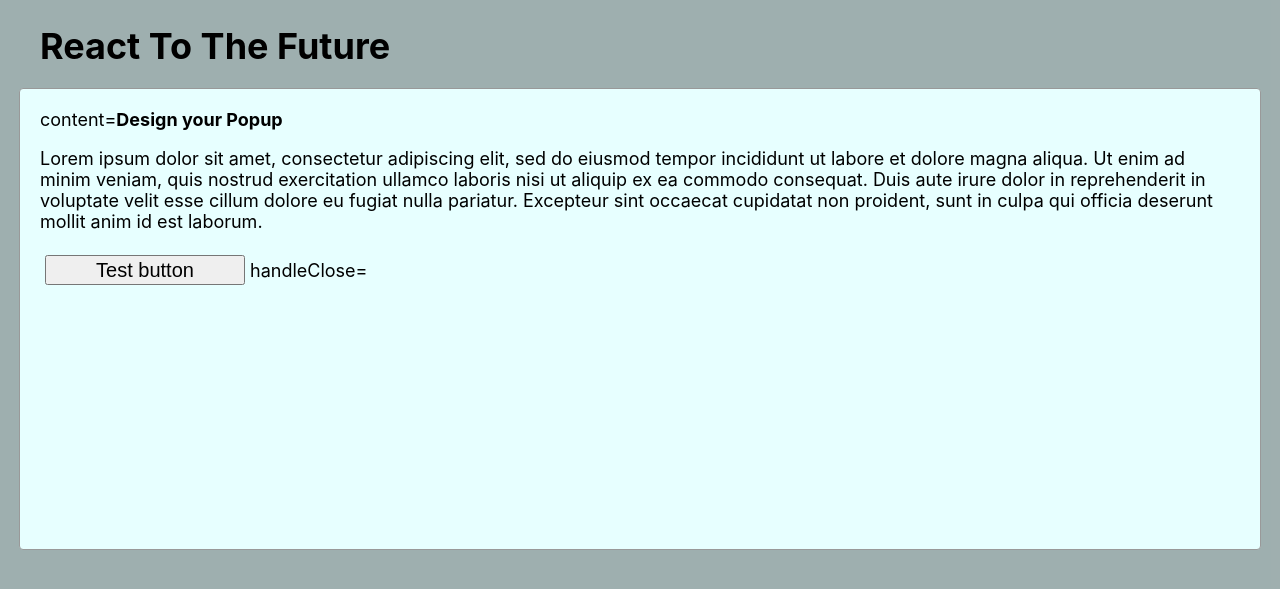
Repository: gotomarcelo/MERN
Page: / (app in cliente/), after clicking the first element matching `body > input`
The author's editor kept a copy of each file at every save. The page is drawn from the files as they stood at one save, then again after the next save.
The browser window is 1280 px wide. The pictures show the whole page.
The page's requests for data from a server got no answer. The project was rebuilt for these pictures with package versions that can differ from the ones it lists, and the page was loaded fresh each time. No one was signed in, and anything a server would have sent is missing.

Above is the page before, as saved 2022-01-03 16:52:29.

### cliente/src/App.js
import React, { useState, useEffect } from "react";
import Axios from "axios";
import "./App.css";
import Colapsavel from "./Colapsavel";
import "./Popup.css"

function App() {
  const [tituloSlide, setTitulo] = useState("");
  const [conteudoSlide, setConteudo] = useState("");

  const [newTituloSlide, setNewTituloSlide] = useState("");
  const [newConteudoSlide, setNewConteudoSlide] = useState("");

  const [slideList, setSlideList] = useState([]);

  const [isOpen, setIsOpen] = useState(false);

  const togglePopup = () => {
    setIsOpen(!isOpen);
  };

  useEffect(() => {
    Axios.get("http://localhost:3001/read").then((response) =>
      setSlideList(response.data)
    );
  }, []);

  const addToList = () => {
    Axios.post("http://localhost:3001/insert", {
      tituloSlide: tituloSlide,
      conteudoSlide: conteudoSlide,
    });
    window.location.reload();
  };

  const updateSlide = (id) => {
    Axios.put("http://localhost:3001/update", {
      id: id,
      newTituloSlide: newTituloSlide,
      newConteudoSlide: newConteudoSlide,
    });
    window.location.reload();
  };

  const deleteSlide = (id) => {
    Axios.delete(`http://localhost:3001/delete/${id}`);
    window.location.reload();
  };

  return (
    <>
      <body>
        <h1>React To The Future</h1>
        <Colapsavel label="Adicionar Slide">
          <form class="form">
            <h2>Adicionar Slide</h2>
            <p className="p" type="Título:">
              <input
                className="entrada"
                placeholder="Título do slide"
                type="text"
                onChange={(event) => {
                  setTitulo(event.target.value);
                }}
              />
            </p>

            <p className="p" type="Conteúdo:">
              <textarea
                cols="40"
                rows="5"
                className="entrada"
                placeholder="Conteúdo do slide"
                type="text"
                onChange={(event) => {
                  setConteudo(event.target.value);
                }}
              />
            </p>
            <button className="button" onClick={addToList}>
              Add To List
            </button>
          </form>
        </Colapsavel>
        <h1>SLIDES</h1>
        <input
          type="button"
          value="Click to Open Popup"
          onClick={togglePopup}
        />
        {isOpen && (
          <div className="popup-box">
          <div className="box">
          content={
            <>
              <b>Design your Popup</b>
              <p>
                Lorem ipsum dolor sit amet, consectetur adipiscing elit, sed
                do eiusmod tempor incididunt ut labore et dolore magna aliqua.
                Ut enim ad minim veniam, quis nostrud exercitation ullamco
                laboris nisi ut aliquip ex ea commodo consequat. Duis aute
                irure dolor in reprehenderit in voluptate velit esse cillum
                dolore eu fugiat nulla pariatur. Excepteur sint occaecat
                cupidatat non proident, sunt in culpa qui officia deserunt
                mollit anim id est laborum.
              </p>
              <button>Test button</button>
            </>
          }
          handleClose={togglePopup}

          </div>
      </div>

        )}
        {slideList.map((val, key) => {
          return (
            <Colapsavel label={val.tituloSlide} key={key}>
              <h2>{val.tituloSlide}</h2>
              <p>{val.conteudoSlide}</p>
              <input
                type="text"
                placeholder="Novo nome do título"
                onChange={(event) => {
                  setNewTituloSlide(event.target.value);
                }}
              />
              <input
                type="text"
                placeholder="Atualizar conteudo"
                onChange={(event) => {
                  setNewConteudoSlide(event.target.value);
                }}
              />
              <button className="button" onClick={() => updateSlide(val._id)}>
                Atualizar
              </button>
              <button className="button" onClick={() => deleteSlide(val._id)}>
                Deletar
              </button>
            </Colapsavel>
          );
        })}
      </body>
    </>
  );
}

export default App;

### cliente/src/index.css
body {
    font-family: -apple-system, BlinkMacSystemFont, 'Segoe UI', Roboto, Oxygen,
     Ubuntu, Cantarell, 'Open Sans', 'Helvetica Neue', sans-serif;
}

### cliente/src/App.css
.App {
  text-align: center;
  display: flex;
  flex-direction: column;
  justify-content: center;
  align-items: center;
}

input,
button {
  width: 200px;
  height: 30px;
  font-size: 20px;
  margin: 5px;
}

body {
  max-width: 1200px;
  font-size: 18px;
  padding: 0;
  margin: 0 auto !important;
}

h2 {
  margin: 10px 0;
  padding-bottom: 10px;
  width: 300px;
  color: #0084ff;
  border-bottom: 3px solid #b4daff;
}

.entrada {
  width: 100%;
  padding: 10px;
  box-sizing: border-box;
  background: none;
  outline: none;
  resize: none;
  border: 0;
  font-family: "Montserrat", sans-serif;
  transition: all 0.3s;
  border-bottom: 2px solid #0084ff;
}

.entrada:focus {
  border-bottom: 2px solid #b4daff;
}

.form {
  width: 1200px;
  height: 420px;
  padding: 20px 30px;
  max-width: calc(100vw - 40px);
  box-sizing: border-box;
  font-family: "Montserrat", sans-serif;
  position: relative;
}

.p:before {
  content: attr(type);
  display: block;
  margin: 28px 0 0;
  font-size: 14px;
  color: #0084ff;
}
.button {
  float: right;
  padding: 0.1rem;
  border-radius: 5px;
  margin: 8px 0 0;
  font-family: "Montserrat", sans-serif;
  border: 2px solid #0084ff;
  background: 0;
  color: #5a5a6e;
  cursor: pointer;
  transition: all 0.3s;
}
.button:hover {
  background: #b4daff;
  color: rgb(0, 0, 0);
}

body {
  background-color: #e7ffff;
}

textarea {
  font-size: 18px;
}

p {
  white-space: pre-wrap;
}

### cliente/src/Colapsavel.js
import React, { useState, useRef } from "react";
import "./Colapsavel.css";

function Colapsavel(props) {
  const [isOpen, setIsOpen] = useState(false);

  const paiRef = useRef();

  return (
    <div className="colapsavel">
      <button className="toggle" onClick={() => setIsOpen(!isOpen)}>
        {props.label}
      </button>
      <div
      className="conteudo-pai"
      ref={paiRef}
      style={isOpen
        ?   {
            height: paiRef.current.scrollHeight + "px"
            }
        :   {
            height: "0px"
            }
      }
    >
        <div className="conteudo">{props.children}</div>
      </div>
    </div>
  );
}

export default Colapsavel;

### cliente/src/Popup.css
/* Popup style */
.popup-box {
  position: fixed;
  background: #00000050;
  width: 100%;
  height: 100vh;
  top: 0;
  left: 0;
}

.box {
  position: relative;
  width: 1200px;
  height: 420px;
  margin: 0 auto;
  /* height: auto; */
  max-height: 70vh;
  margin-top: calc(100vh - 85vh - 20px);
  background: #e7ffff;
  border-radius: 4px;
  padding: 20px;
  border: 1px solid #999;
  overflow: auto;
}

.close-icon {
  content: "x";
  cursor: pointer;
  position: fixed;
  right: calc(15% - 30px);
  top: calc(100vh - 85vh - 33px);
  background: #ededed;
  width: 25px;
  height: 25px;
  border-radius: 50%;
  line-height: 20px;
  text-align: center;
  border: 1px solid #999;
  font-size: 20px;
}

### cliente/src/Colapsavel.css
.colapsavel .toggle {
  background: #0084ff;
  border: unset;
  cursor: pointer;
  font: unset;
  padding: 0.3rem;
  border-radius: 5px;
  color: #ffffff;
  margin-bottom: 0.5rem;
  width: 100%;
  text-align: left;
}

.colapsavel .conteudo {
    border: 1px solid #afafaf;
    padding: 0.5rem;
    border-radius: 5px;
    margin-bottom: 0.5rem;
}

.colapsavel .conteudo-pai {
    height: 0px;
    overflow: hidden;
    transition: height ease 0.3s;
}

Loaded but not shown: cliente/src/index.js (common file)

After the next save:
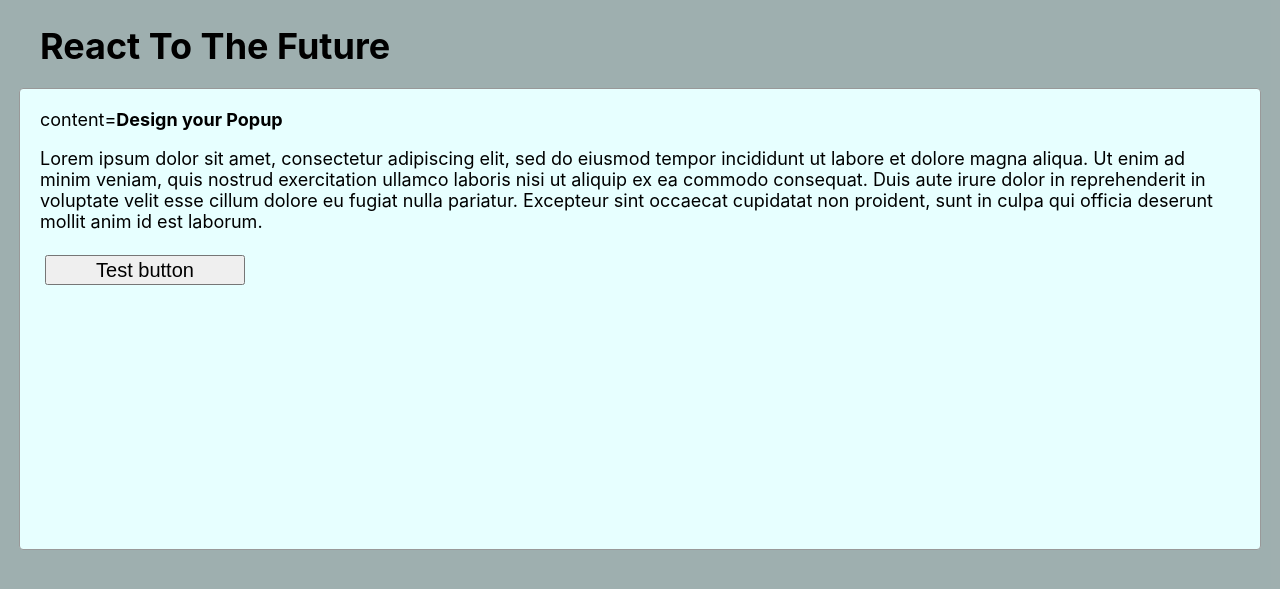
Saved 84 s later.
--- a/cliente/src/App.js
+++ b/cliente/src/App.js
@@ -104,10 +104,9 @@ function App() {
                 cupidatat non proident, sunt in culpa qui officia deserunt
                 mollit anim id est laborum.
               </p>
-              <button>Test button</button>
+              <button onClick={togglePopup}>Test button</button>
             </>
           }
-          handleClose={togglePopup}
 
           </div>
       </div>
